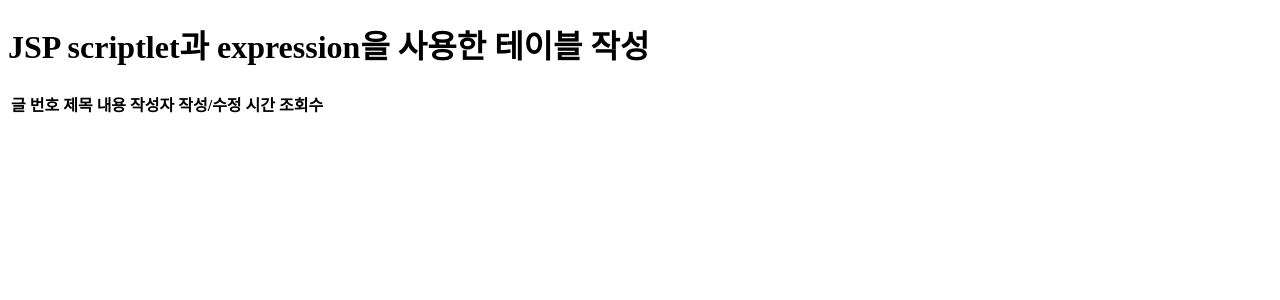
Repository: ljh5973/labweb
Page: http://localhost/JSP02/04_table.jsp
These files come from the project's save history. The page is drawn as it stood at one moment and after the next save; the edit follows.
The browser window is 1280 px wide. The pictures show the whole page.
The page is served by Tomcat 9. Other server files are loaded and not shown.

Above is the page before, as saved 2022-01-07 06:57:48.

### JSP02/webapp/04_table.jsp
<%@page import="java.sql.Date"%>
<%@page import="java.text.SimpleDateFormat"%>
<%@page import="java.util.ArrayList"%>
<%@page import="edu.web.model.Board"%>
<%@ page language="java" contentType="text/html; charset=UTF-8"
    pageEncoding="UTF-8"%>
<%@ page trimDirectiveWhitespaces="true"%>
<!DOCTYPE html>
<html>
	<head>
		<meta charset="UTF-8">
		<title>Insert title here</title>
	</head>
	<body>


	<h1>JSP scriptlet과 expression을 사용한 테이블 작성</h1>

	<%--
		Model 클래스 : Board
			boardId: 글 번호 (int)
			title: 제목		(String)
			content: 내용		(String)
			writer: 작성자	(String)
			updateTime: 작성/수정 시간 (date)
			viewCount: 조회수(int)


		Board를 저장하는 ArraytList를 선언, 생성.
		ArrayList에 더미 데이터를 저장.
	 --%>
	 <% Board board=new Board();
	 	ArrayList<Board> list=new ArrayList<>();
	 	SimpleDateFormat f= new SimpleDateFormat("yyyy-MM-dd HH:mm:ss");

	 	long now=System.currentTimeMillis();
	 	Date time= new Date(now);


	 	Board test=new Board(2,"제목", "내용", "작성자", null, 2);

	 	list.add(new Board(1,"사랑합니다.", "뭐가뭐가", "나야나",null, 1));
	 %>

	 <table>
	 	<thead>
	 		<tr>
	 			<th>글 번호</th>
	 			<th>제목 </th>
	 			<th>내용</th>
	 			<th>작성자</th>
	 			<th>작성/수정 시간</th>
	 			<th>조회수</th>
	 		</tr>
	 	</thead>
	 	<tbody>
	 		<%for (Board b: list){%>
	 			<tr>
	 				<td><%b.getBoardId(); %></td>
	 				<td><%b.getTitle(); %></td>
	 				<td><%b.getContent(); %></td>
	 				<td><%b.getWriter(); %></td>
	 				<td><%b.getUpdateTime(); %></td>
	 				<td><%b.getViewCount();%></td>
	 			</tr>
	 		<% }%>
	 	</tbody>
	 </table>
	</body>
</html>

### JSP02/src/edu/web/model/Board.java
package edu.web.model;

import java.sql.Date;

public class Board {

	private int boardId;
	private String title;
	private String content;
	private String writer;
	private Date updateTime;
	private int viewCount;

	public Board() {
		// TODO Auto-generated constructor stub
	}

	public Board(int boardId, String title, String content, String writer, Date updateTime, int viewCount) {
		this.boardId = boardId;
		this.title = title;
		this.content = content;
		this.writer = writer;
		this.updateTime = updateTime;
		this.viewCount = viewCount;
	}

	public int getBoardId() {
		return boardId;
	}

	public void setBoardId(int boardId) {
		this.boardId = boardId;
	}

	public String getTitle() {
		return title;
	}

	public void setTitle(String title) {
		this.title = title;
	}

	public String getContent() {
		return content;
	}

	public void setContent(String content) {
		this.content = content;
	}

	public String getWriter() {
		return writer;
	}

	public void setWriter(String writer) {
		this.writer = writer;
	}

	public Date getUpdateTime() {
		return updateTime;
	}

	public void setUpdateTime(Date updateTime) {
		this.updateTime = updateTime;
	}

	public int getViewCount() {
		return viewCount;
	}

	public void setViewCount(int viewCount) {
		this.viewCount = viewCount;
	}

	@Override
	public String toString() {
		return "Board [boardId=" + boardId + ", title=" + title + ", content=" + content + ", writer=" + writer
				+ ", updateTime=" + updateTime + ", viewCount=" + viewCount + "]";
	}





}

After the next save:
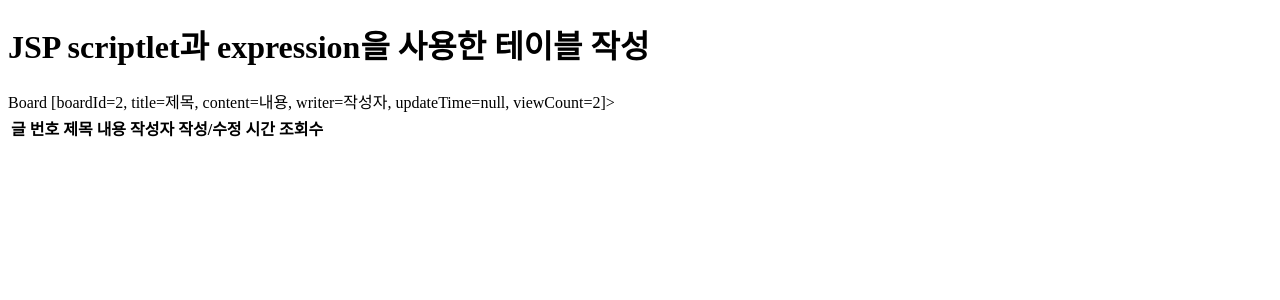
Saved 6 s later.
--- a/JSP02/webapp/04_table.jsp
+++ b/JSP02/webapp/04_table.jsp
@@ -41,7 +41,7 @@
 
 	 	list.add(new Board(1,"사랑합니다.", "뭐가뭐가", "나야나",null, 1));
 	 %>
-
+	 <%=test %>>
 	 <table>
 	 	<thead>
 	 		<tr>
